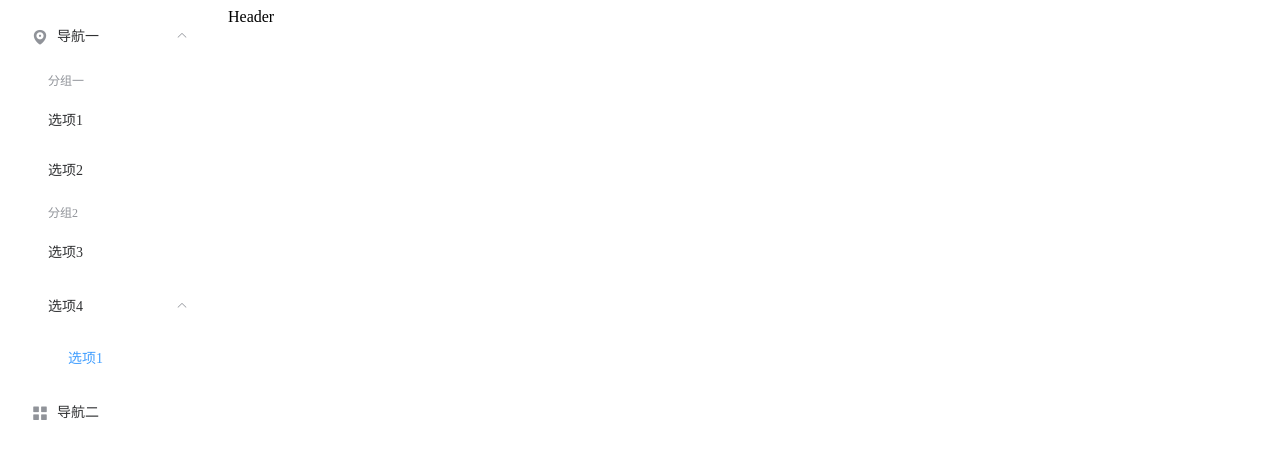
Repository: ldqml/ldqml.github.io
Page: /
The author's editor kept a copy of each file at every save. The page is drawn from the files as they stood at one save, then again after the next save.
The browser window is 1280 px wide. The pictures show the whole page.
The project was rebuilt for these pictures with package versions that can differ from the ones it lists, and the page was loaded fresh each time. Also part of the build but not shown: vue.config.js, src/views/User.vue, src/views/Home.vue.

Above is the page before, as saved 2022-10-30 17:48:51.

After the next save:
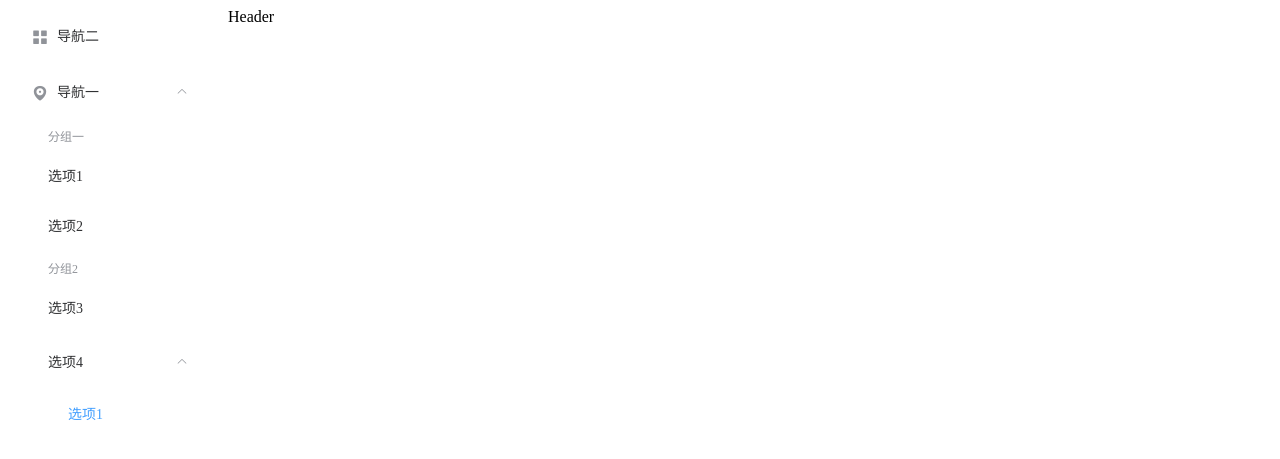
Saved 16 s later.
--- a/src/components/ComAside.vue
+++ b/src/components/ComAside.vue
@@ -6,6 +6,10 @@
     @close="handleClose"
     :collapse="isCollapse"
   >
+    <el-menu-item index="2">
+      <i class="el-icon-menu"></i>
+      <span slot="title">导航二</span>
+    </el-menu-item>
     <el-submenu index="1">
       <template slot="title">
         <i class="el-icon-location"></i>
@@ -24,10 +28,6 @@
         <el-menu-item index="1-4-1">选项1</el-menu-item>
       </el-submenu>
     </el-submenu>
-    <el-menu-item index="2">
-      <i class="el-icon-menu"></i>
-      <span slot="title">导航二</span>
-    </el-menu-item>
   </el-menu>
 </template>
 
